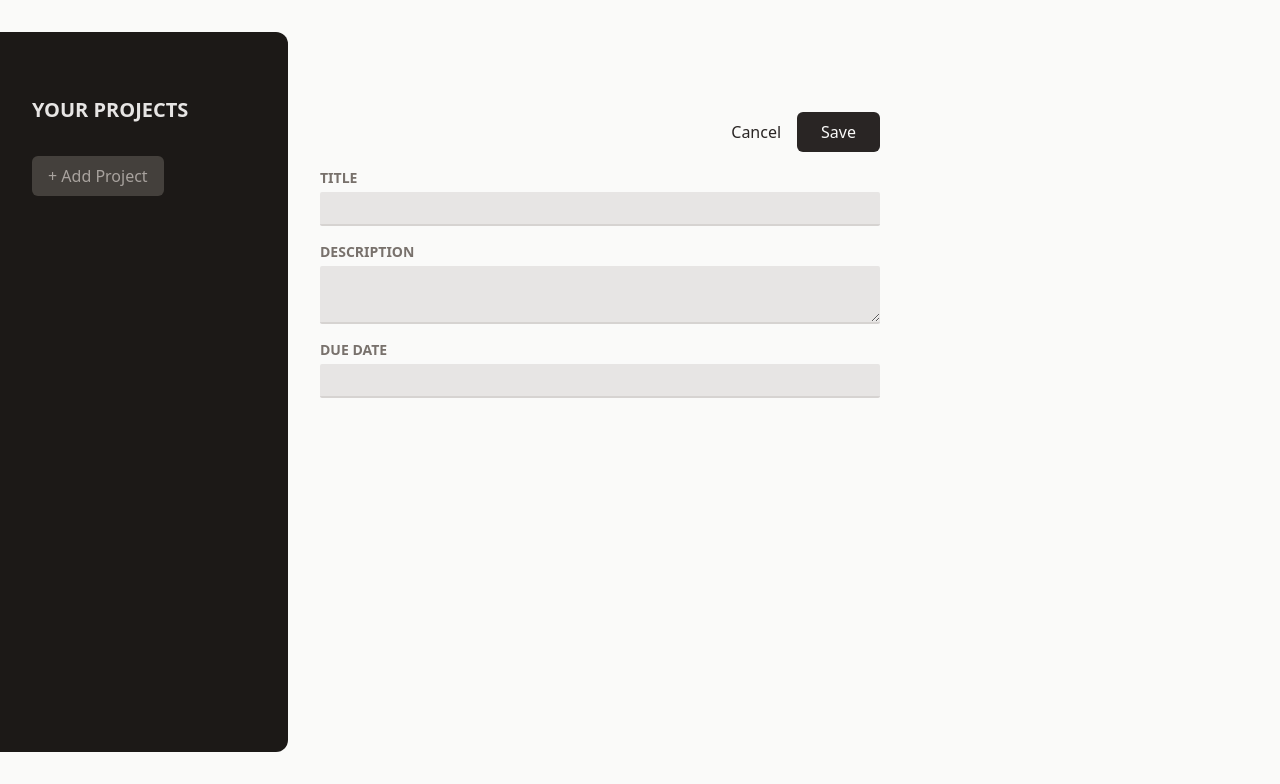
Repository: collyrium921/project-management
Page: /
An editor plug-in stored every save of this project. The page is shown before and after the next save, followed by the edit.
The browser window is 1280 px wide. The pictures show the whole page.
The project was rebuilt for these pictures with package versions that can differ from the ones it lists, and the page was loaded fresh each time. Also part of the build but not shown: vite.config.js.

Above is the page before, as saved 2024-07-11 02:09:26.

After the next save:
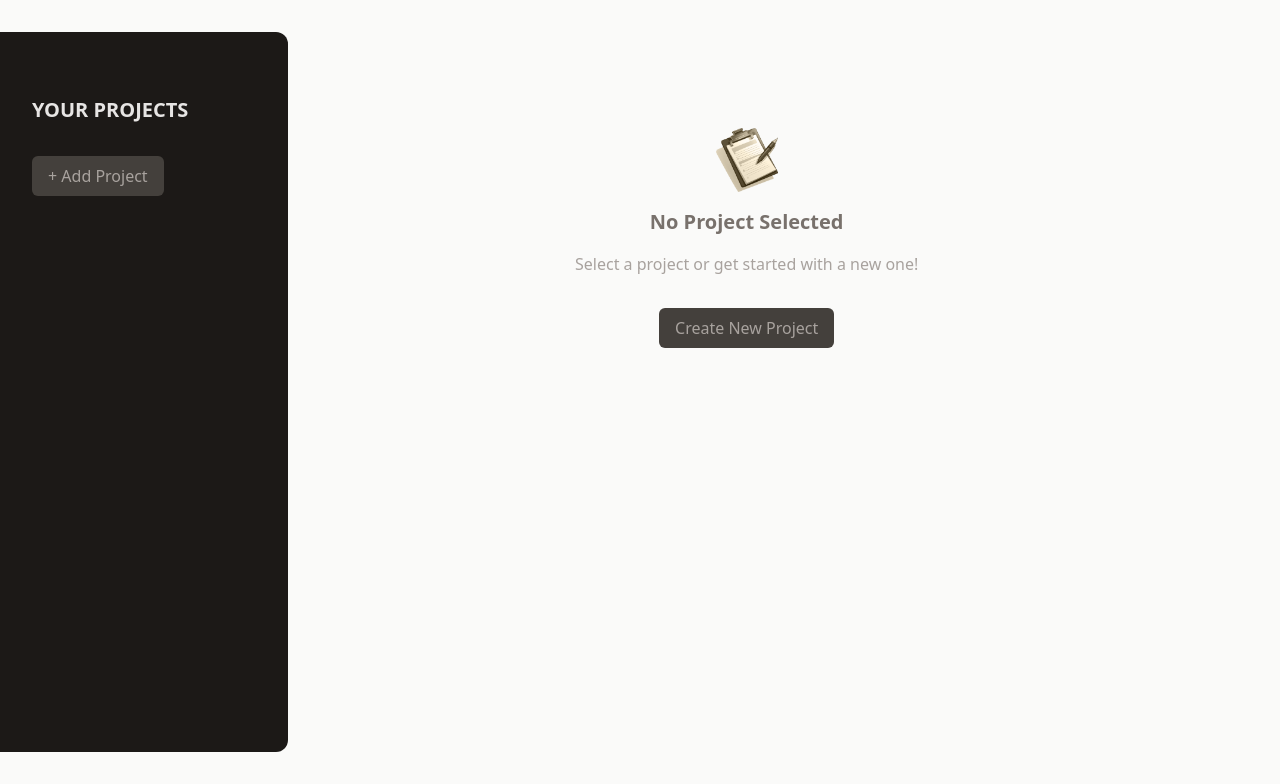
Saved 2 min 52 s later.
--- a/src/App.jsx
+++ b/src/App.jsx
@@ -1,11 +1,18 @@
+import { useState } from "react";
 import NewProject from "./components/NewProject";
+import NoProjectSelected from "./components/NoProjectSelected";
 import ProjectsSidebar from "./components/ProjectsSidebar";
 
 function App() {
+  const [projectState, setProjectState] = useState({
+    selectedProject:undefined,
+    projects:[]
+  })
   return (
     <main className="h-screen my-8 flex gap-8">
       <ProjectsSidebar />
-      <NewProject />
+      {/* <NewProject /> */}
+      <NoProjectSelected />
     </main>
   );
 }
